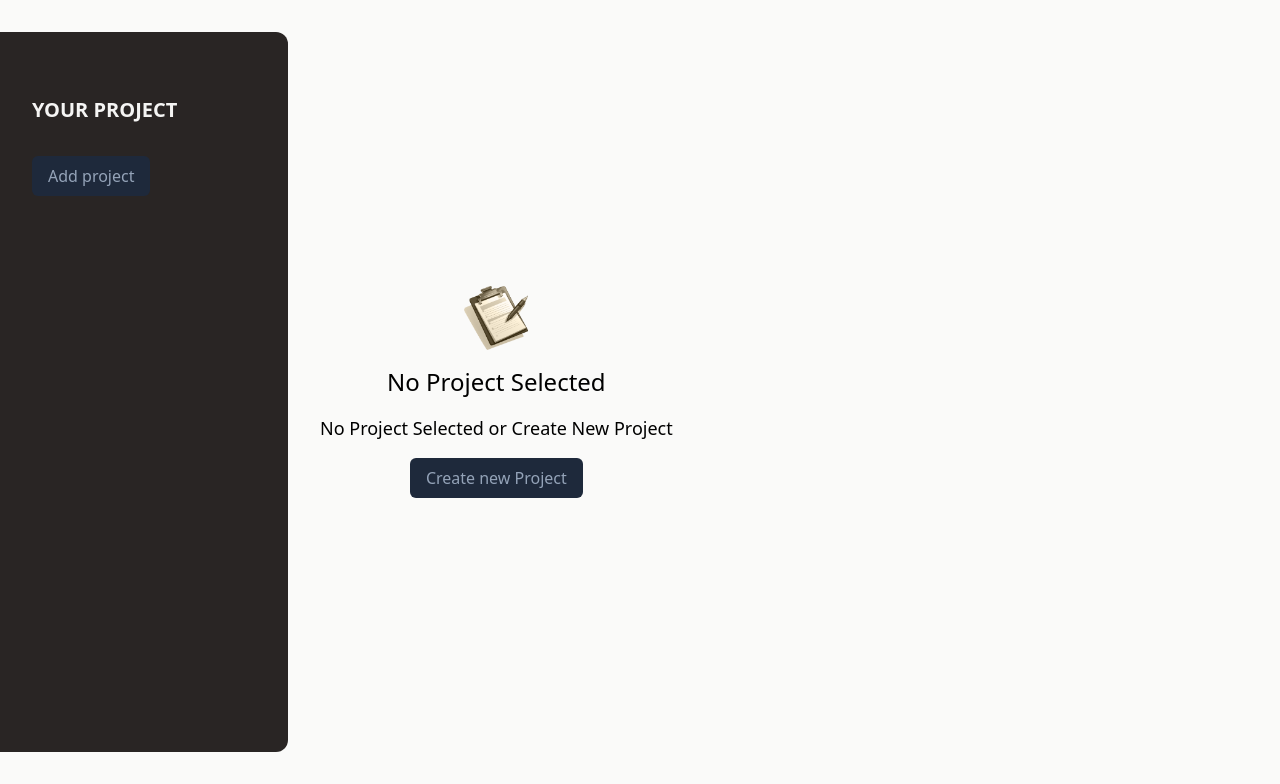
Repository: sibi24sibi/todo-list-using-reactjs
Page: /
These files come from the project's save history. The page is drawn as it stood at one moment and after the next save; the edit follows.
The browser window is 1280 px wide. The pictures show the whole page.
The project was rebuilt for these pictures with package versions that can differ from the ones it lists, and the page was loaded fresh each time. Also part of the build but not shown: vite.config.js, src/Components/Input.jsx, src/Components/NewProjects.jsx.

Above is the page before, as saved 2024-06-24 14:54:37.

After the next save:
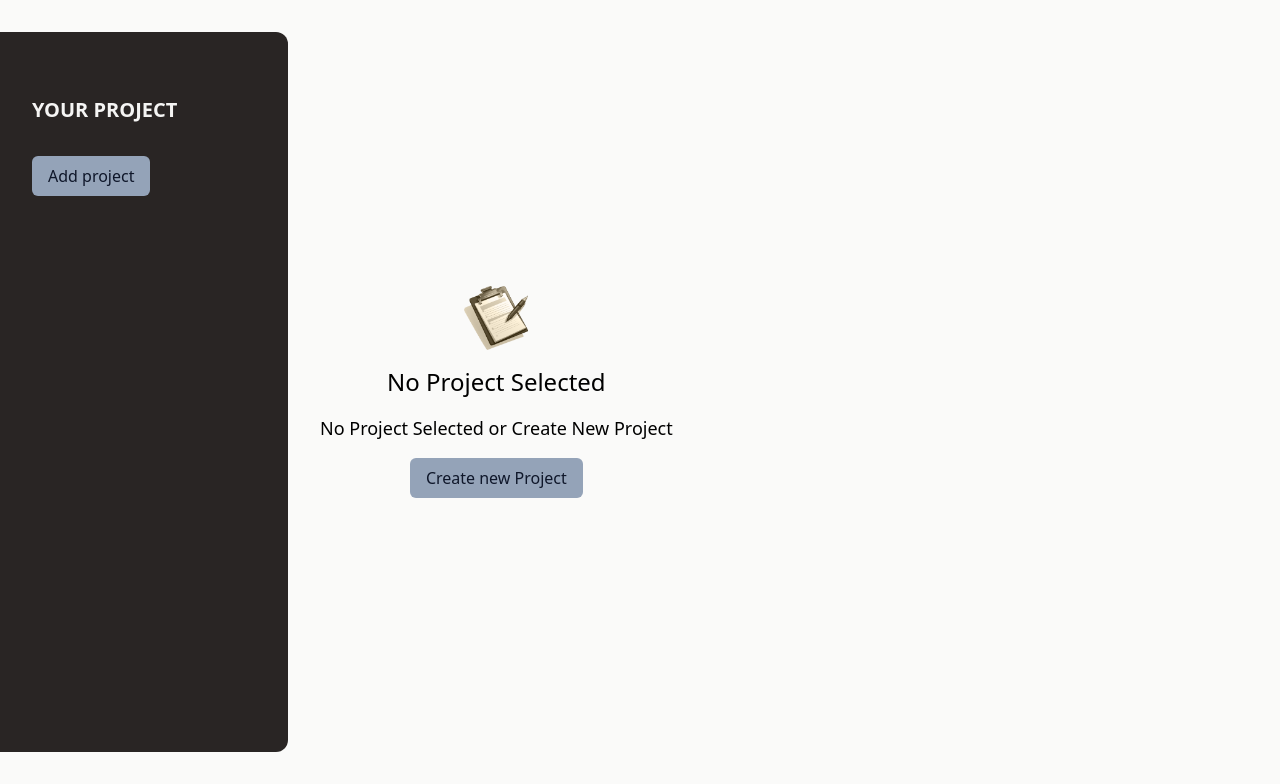
Saved 53 s later.
--- a/src/Components/Button.jsx
+++ b/src/Components/Button.jsx
@@ -2,7 +2,7 @@
   return (
     <button
       {...props}
-      className="px-4 py-2 text-slate-400 hover:text-slate-900 md:text-base rounded-md bg-slate-800 hover:bg-slate-400"
+      className="px-4 py-2 hover:text-slate-400 text-slate-900 md:text-base rounded-md hover:bg-slate-800 bg-slate-400"
     >
       {children}
     </button>

After the save that followed:
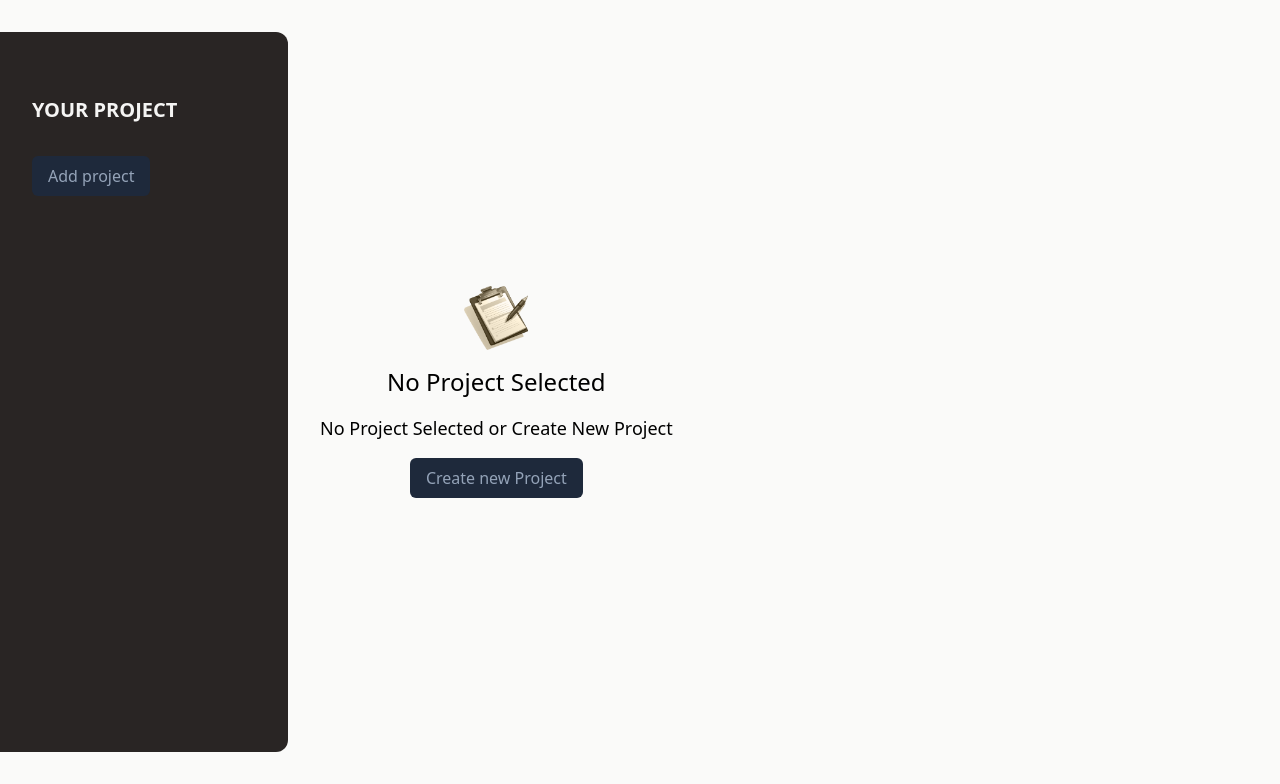
Saved 13 s later.
--- a/src/Components/Button.jsx
+++ b/src/Components/Button.jsx
@@ -2,7 +2,7 @@
   return (
     <button
       {...props}
-      className="px-4 py-2 hover:text-slate-400 text-slate-900 md:text-base rounded-md hover:bg-slate-800 bg-slate-400"
+      className="px-4 py-2 text-slate-400 hover:text-slate-900 md:text-base rounded-md bg-slate-800 hover:bg-slate-400"
     >
       {children}
     </button>
